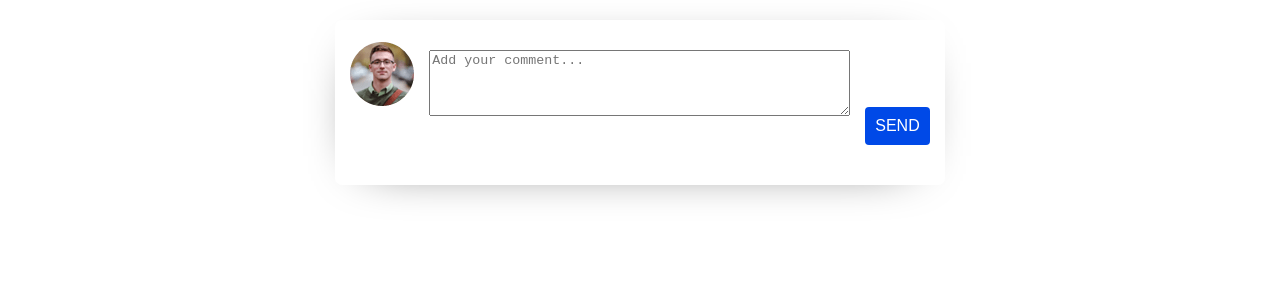
Repository: badhon252/interactive-comments-section
Page: /
These files come from the project's save history. The page is drawn as it stood at one moment and after the next save; the edit follows.
The browser window is 1280 px wide. The pictures show the whole page.
The project was rebuilt for these pictures with package versions that can differ from the ones it lists, and the page was loaded fresh each time.

Above is the page before, as saved 2022-01-28 11:51:07.

### public/index.html
<!DOCTYPE html>
<html lang="en">

<head>
  <meta charset="utf-8" />
  <link rel="icon" href="%PUBLIC_URL%/favicon.ico" />
  <meta name="viewport" content="width=device-width, initial-scale=1" />
  <meta name="theme-color" content="#000000" />
  <meta name="description" content="Web site created using create-react-app" />
  <link rel="apple-touch-icon" href="%PUBLIC_URL%/logo192.png" />

  <link rel="manifest" href="%PUBLIC_URL%/manifest.json" />

  <title>interactive-comments-section</title>
</head>

<body>
  <noscript>You need to enable JavaScript to run this app.</noscript>
  <div id="root"></div>

</body>

</html>

### src/App.js
import WriteComments from "./components/WriteComments";
// import WriteComments from "./components/WriteComments";

function App() {
  return (
    <div className="App">
      <WriteComments />
    </div>
  );
}

export default App;

### src/components/WriteComments.js
import React, { useState } from "react";
import "../App.css";
import Avatar from "../images/avatars/image-juliusomo.png";
import avatar from "../images/avatars/image-amyrobson.png";
// import Comments from "./Comments";

export default function WriteComments() {
  const [input, setInput] = useState("");
  const [comment, setComment] = useState([]);

  const handleSubmit = (e) => {
    e.preventDefault();
    setComment((e) => {
      return [...e, input];
    });
  };
  const key = new Date().getTime.toString();

  const handleDelete = () => {};
  const handleEdit = () => {};

  return (
    <div className="main-div">
      <div className="comment-input ">
        <form
          action=""
          className="comment-section shadow"
          onSubmit={handleSubmit}
        >
          <img src={Avatar} alt="images" className="my-img" />
          <textarea
            name=""
            id=""
            rows="4"
            cols="50"
            placeholder="Add your comment..."
            value={input}
            onChange={(e) => setInput(e.target.value)}
          />
          <button className="submit-btn">SEND</button>
        </form>{" "}
      </div>

      {/* comments===== start========== */}
      <div className="comments shadow">
        <div className="profile-info">
          {comment.map((value) => {
            return (
              <div key={key}>
                <img src={avatar} alt="" className="random-img" />
                <h4 className="name">@amyrobson</h4>
                <span className="time"> 1 Months ago</span>
                <div className="btn">
                  <button className="delete" onClick={handleDelete}>
                    Delete
                  </button>
                  <button className="edit" onClick={handleEdit}>
                    Edit
                  </button>
                </div>
                <li className="single-comment shadow">{value}</li>
              </div>
            );
          })}
        </div>
      </div>
      {/* comments ends ========= */}
    </div>
  );
}

### src/App.css
.main-div {
  /* width: 40rem; */
  /* margin: auto; */
  text-align: center;
}
.comment-input {
  display: flex;
  justify-content: center;
}
.comment-section {
  padding: 15px;
  margin: 20px;
  border-radius: 7px;
}

.submit-btn {
  background-color: rgb(0, 73, 231);
  color: white;
  border: none;
  border-radius: 4px;
  font-size: 1rem;
  padding: 10px;
  margin-bottom: 25px;
  cursor: pointer;
  /* align-items: flex-start; */
}

.my-img {
  max-width: 80%;
  margin-bottom: 25px;
}
textarea {
  margin: 15px;
}

.shadow {
  box-shadow: -3px 7px 54px -36px rgba(0, 0, 0, 1);
  -webkit-box-shadow: -3px 7px 54px -36px rgba(0, 0, 0, 1);
  -moz-box-shadow: -3px 7px 54px -36px rgba(0, 0, 0, 1);
}

/* single comment section ==== */

.comments {
  margin: 20px auto;
  width: 45rem;
  /* text-align: justify; */
}
.profile-info {
  /* display: flex; */
  /* justify-content: left; */
  padding: 25px 0 10px 40px;
}
.random-img {
  width: 40px;
  display: inline;
  margin-bottom: -12px;
}
.name {
  padding: 0 10px;
  display: inline;
}

.time {
  font-size: 14px;
  opacity: 70%;
  padding-left: 30px;
  display: inline;
}
.btn {
  /* text-align: center; */
  text-align: right;
  padding-top: 24px;
  padding-left: 30px;
  margin-left: auto;
  display: inline;
}
.edit {
  background-color: rgb(9, 255, 0);
  border: 1px solid black;
  padding: 5px 10px;
  border-radius: 5px;
  margin: 0 20px;
  cursor: pointer;
  display: inline;
}

.delete {
  background-color: rgb(255, 0, 34);
  border: 1px solid black;
  color: #fff;
  padding: 5px 10px;
  border-radius: 5px;
  margin: 0 20px;
  cursor: pointer;
  display: inline;
}

.single-comment {
  width: 40rem;
  padding: 0 15px 20px 15px;
  margin: 20px;
  list-style-type: none;
}

Loaded but not shown: src/index.js (common file); src/index.css (common file); src/reportWebVitals.js (common file)

After the next save:
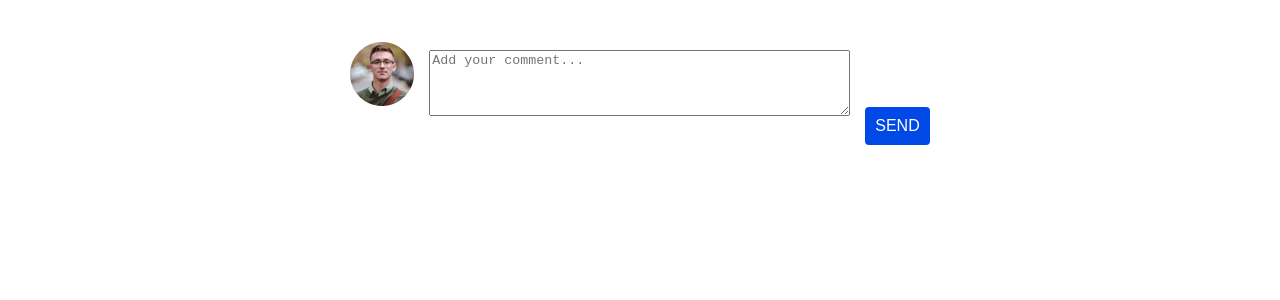
Saved 80 s later.
--- a/src/components/WriteComments.js
+++ b/src/components/WriteComments.js
@@ -22,11 +22,7 @@
   return (
     <div className="main-div">
       <div className="comment-input ">
-        <form
-          action=""
-          className="comment-section shadow"
-          onSubmit={handleSubmit}
-        >
+        <form action="" className="comment-section" onSubmit={handleSubmit}>
           <img src={Avatar} alt="images" className="my-img" />
           <textarea
             name=""

After the save that followed:
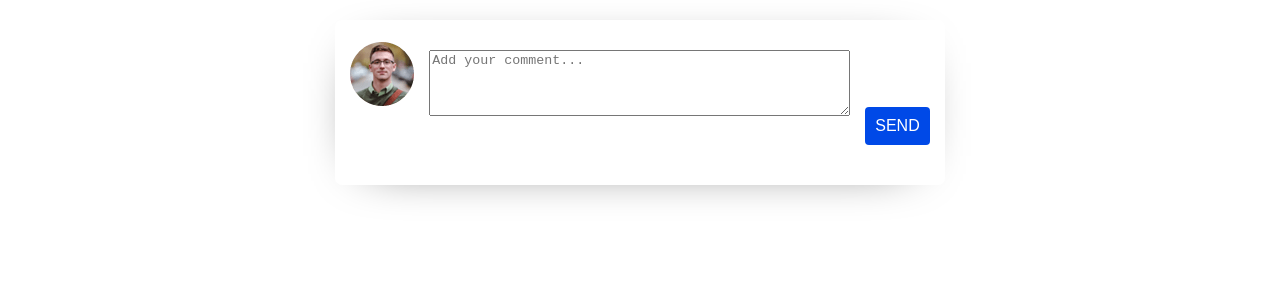
Saved 14 s later.
--- a/src/components/WriteComments.js
+++ b/src/components/WriteComments.js
@@ -22,7 +22,11 @@
   return (
     <div className="main-div">
       <div className="comment-input ">
-        <form action="" className="comment-section" onSubmit={handleSubmit}>
+        <form
+          action=""
+          className="comment-section shadow"
+          onSubmit={handleSubmit}
+        >
           <img src={Avatar} alt="images" className="my-img" />
           <textarea
             name=""
